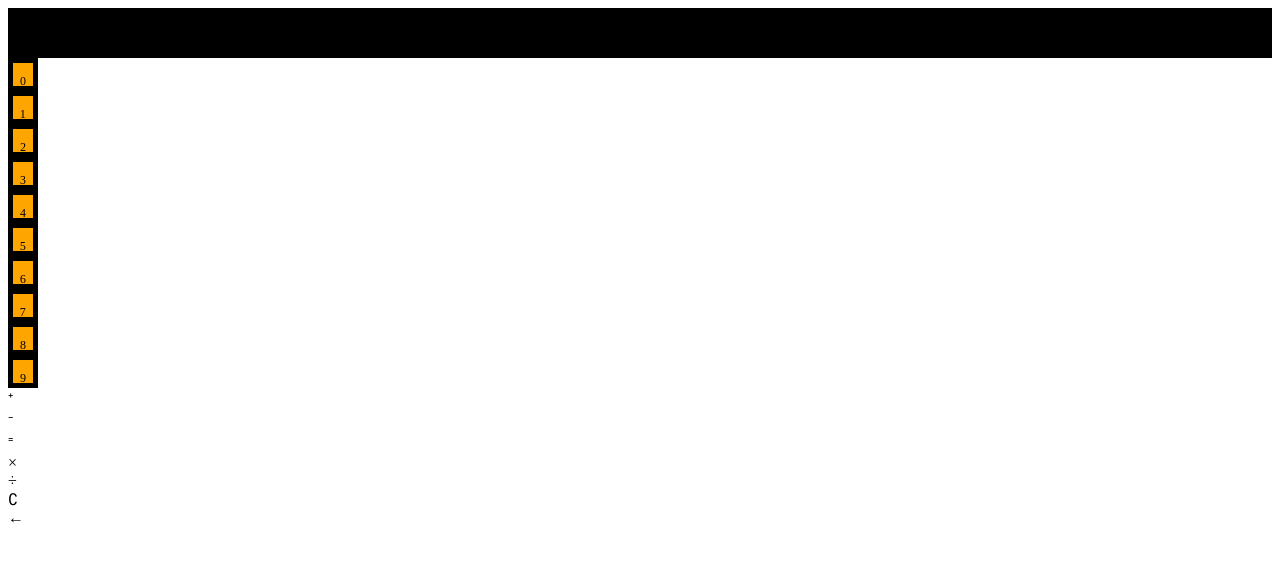
Repository: TEazy2433/LAB-calculator
Page: index.html
An editor plug-in stored every save of this project. The page is shown before and after the next save, followed by the edit.
The browser window is 1280 px wide. The pictures show the whole page.

Above is the page before, as saved 2023-10-12 20:59:10.

After the next save:
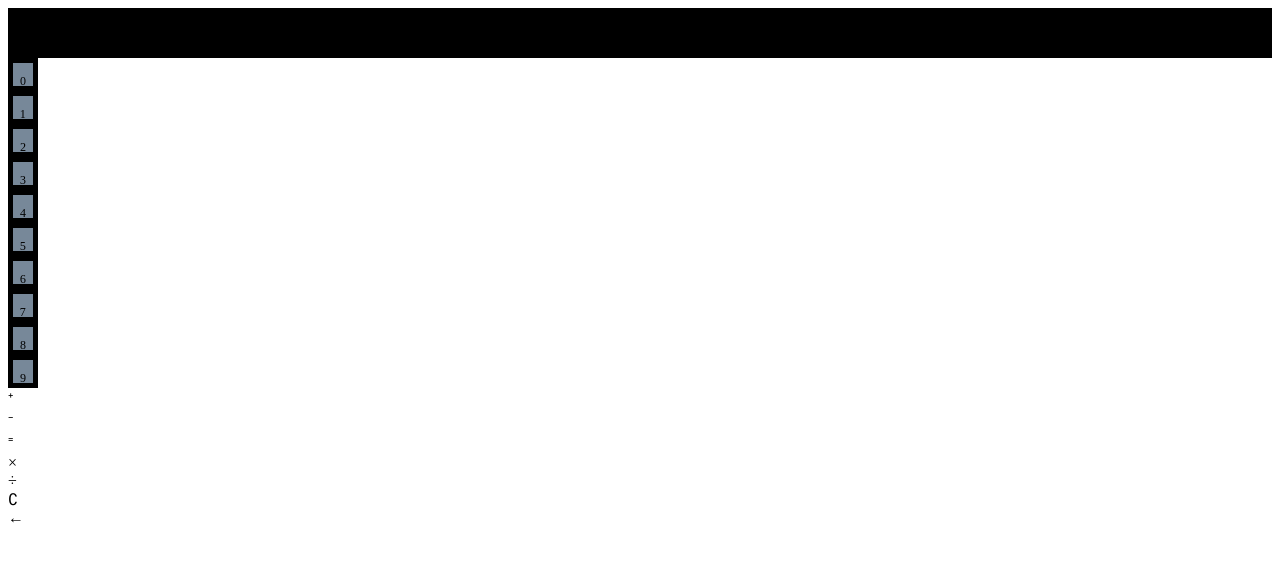
Saved 22 s later.
--- a/main.css
+++ b/main.css
@@ -16,6 +16,6 @@
   font-size: 20px;
   width: 20px;
   border: solid black 5px;
-  background-color: orange;
+  background-color: lightslategrey;
   text-align: center;
 }
